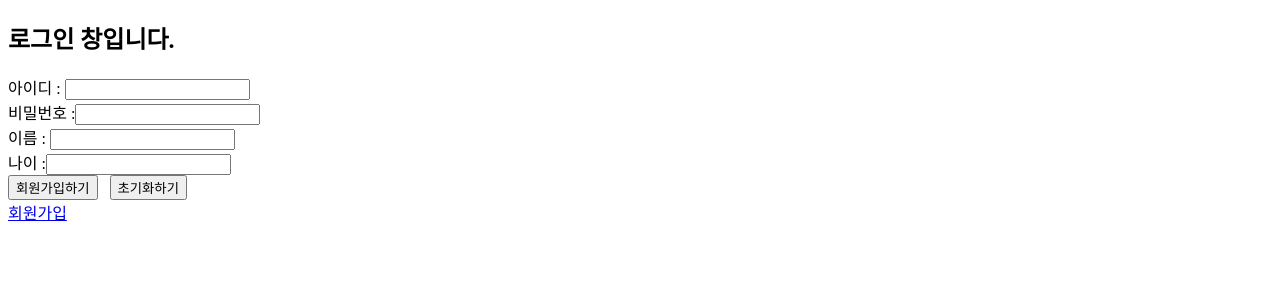
Repository: lee-ruru/jsp_practice
Page: http://localhost/JSPBasic/JspObject/1.requests/req_join_form.jsp
The author's editor kept a copy of each file at every save. The page is drawn from the files as they stood at one save, then again after the next save.
The browser window is 1280 px wide. The pictures show the whole page.
The page is served by Tomcat 9.

Above is the page before, as saved 2022-02-04 02:18:50.

### JSPBasic/src/main/webapp/JspObject/1.requests/req_join_form.jsp
<%@ page language="java" contentType="text/html; charset=UTF-8"
    pageEncoding="UTF-8"%>
<!DOCTYPE html>
<html>
<head>
<meta charset="UTF-8">
<title>Insert title here</title>
</head>
<body>
	<form action = "req_join_result.jsp" method="post">
	<h2>로그인 창입니다. </h2>
	아이디 : <input type = "text" name = "id" /> <br/>
	비밀번호 :<input type = "password" name = "pw" /> <br/>
	이름 : <input type = "text" name = "name" /> <br/>
	나이 :<input type = "text" name = "age" /> <br/>

	<input type = "submit" value="회원가입하기"/> &nbsp;
	<input type = "reset" value = "초기화하기"/>
	</form>
	<a href = "req_join_form.jsp">회원가입</a>
</body>
</html>

After the next save:
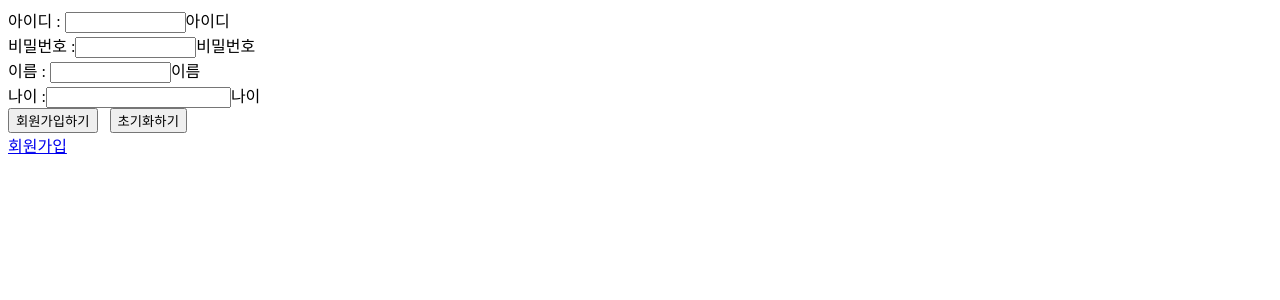
Saved 7 min 15 s later.
--- a/JSPBasic/src/main/webapp/JspObject/1.requests/req_join_form.jsp
+++ b/JSPBasic/src/main/webapp/JspObject/1.requests/req_join_form.jsp
@@ -8,11 +8,10 @@
 </head>
 <body>
 	<form action = "req_join_result.jsp" method="post">
-	<h2>로그인 창입니다. </h2>
-	아이디 : <input type = "text" name = "id" /> <br/>
-	비밀번호 :<input type = "password" name = "pw" /> <br/>
-	이름 : <input type = "text" name = "name" /> <br/>
-	나이 :<input type = "text" name = "age" /> <br/>
+	아이디 : <input type = "text" name = "id" size="12px"/>아이디 <br/>
+	비밀번호 :<input type = "password" name = "pw" size="12px"/>비밀번호 <br/>
+	이름 : <input type = "text" name = "name" size="12px"/>이름<br/>
+	나이 :<input type = "number" name = "age" size="12px"/>나이<br/>
 
 	<input type = "submit" value="회원가입하기"/> &nbsp;
 	<input type = "reset" value = "초기화하기"/>
